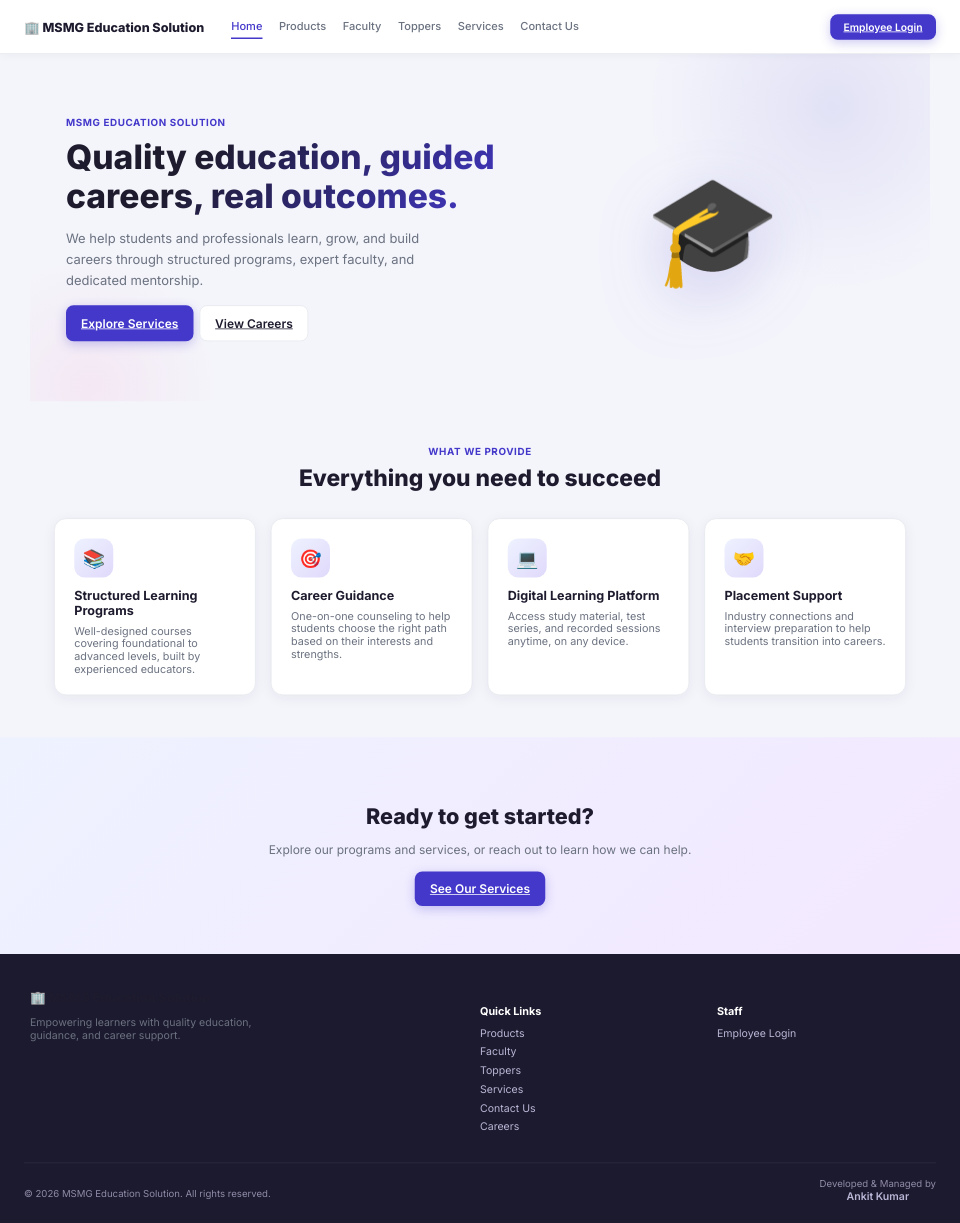
Repository: Kumarankit666/HRMS
Page: / (app in frontend/)
These files come from the project's save history. The page is drawn as it stood at one moment and after the next save; the edit follows.
The browser window is 1280 px wide. The pictures show the whole page, at 75% of full size.
The project was rebuilt for these pictures with package versions that can differ from the ones it lists, and the page was loaded fresh each time. Also part of the build but not shown: frontend/vite.config.js, frontend/src/components/ProtectedRoute.jsx, frontend/src/components/NotificationBell.jsx, frontend/src/components/AppLayout.jsx, frontend/src/pages/public/Products.jsx, frontend/src/pages/public/Faculty.jsx, frontend/src/pages/public/Services.jsx, frontend/src/pages/public/Careers.jsx and 24 more.

Above is the page before, as saved 2026-07-26 12:17:39.

After the next save:
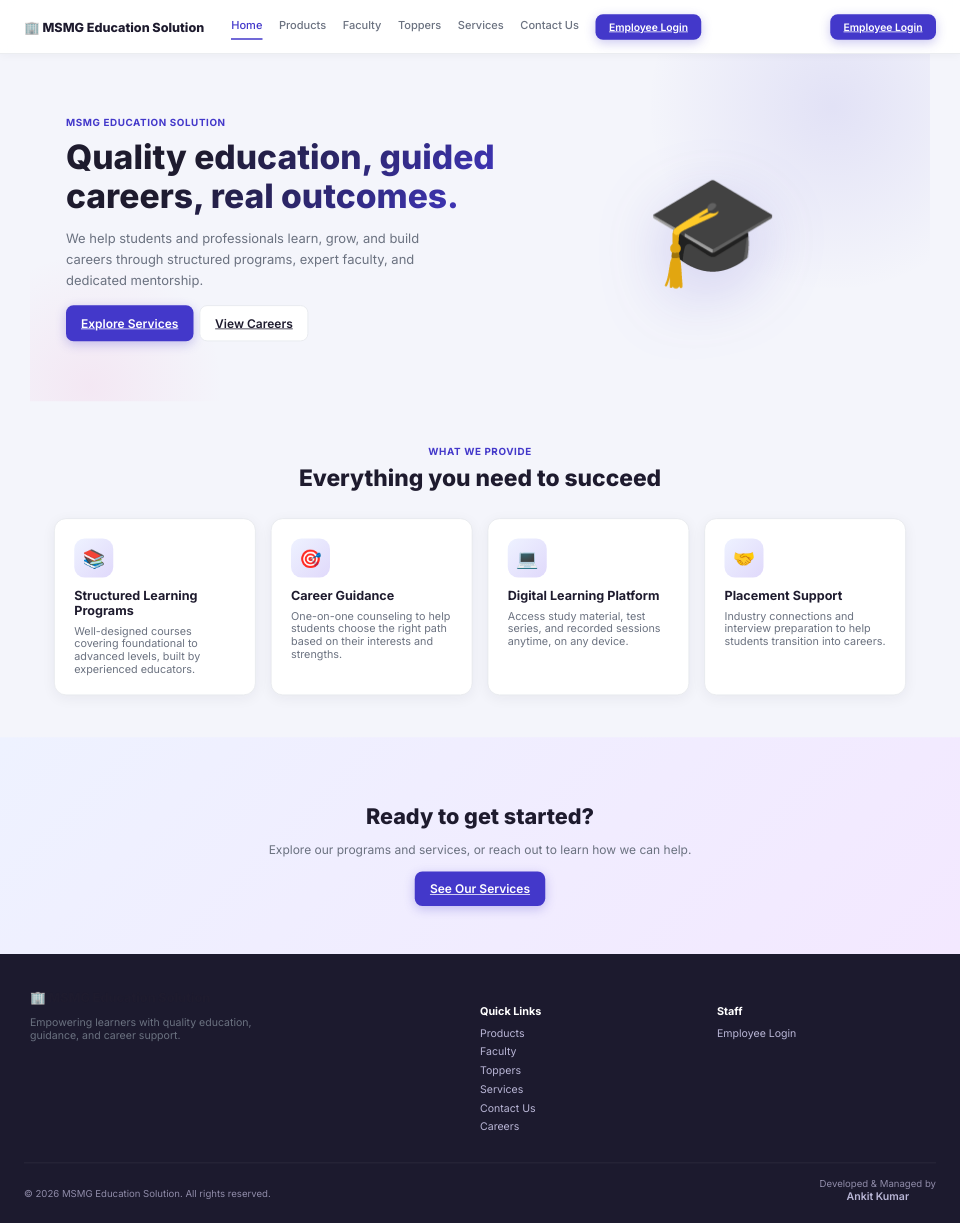
Saved 94 s later.
--- a/frontend/src/components/PublicLayout.jsx
+++ b/frontend/src/components/PublicLayout.jsx
@@ -1,28 +1,39 @@
-import { useState } from 'react';
-import { NavLink, Outlet, Link } from 'react-router-dom';
+import { useState, useEffect } from 'react';
+import { NavLink, Outlet, Link, useLocation } from 'react-router-dom';
 
 export default function PublicLayout() {
   const [open, setOpen] = useState(false);
+  const location = useLocation();
   const linkClass = ({ isActive }) => 'pub-link' + (isActive ? ' active' : '');
+
+  // Close the mobile menu automatically whenever the route changes.
+  useEffect(() => { setOpen(false); }, [location.pathname]);
+
+  function closeMenu() { setOpen(false); }
 
   return (
     <div className="pub-shell">
       <header className="pub-header">
-        <Link to="/" className="pub-brand">🏢 MSMG Education Solution</Link>
+        <Link to="/" className="pub-brand" onClick={closeMenu}>🏢 MSMG Education Solution</Link>
 
         <nav className={'pub-nav' + (open ? ' open' : '')}>
-          <NavLink to="/" end className={linkClass}>Home</NavLink>
-          <NavLink to="/products" className={linkClass}>Products</NavLink>
-          <NavLink to="/faculty" className={linkClass}>Faculty</NavLink>
-          <NavLink to="/toppers" className={linkClass}>Toppers</NavLink>
-          <NavLink to="/services" className={linkClass}>Services</NavLink>
-          <NavLink to="/contact" className={linkClass}>Contact Us</NavLink>
+          <NavLink to="/" end className={linkClass} onClick={closeMenu}>Home</NavLink>
+          <NavLink to="/products" className={linkClass} onClick={closeMenu}>Products</NavLink>
+          <NavLink to="/faculty" className={linkClass} onClick={closeMenu}>Faculty</NavLink>
+          <NavLink to="/toppers" className={linkClass} onClick={closeMenu}>Toppers</NavLink>
+          <NavLink to="/services" className={linkClass} onClick={closeMenu}>Services</NavLink>
+          <NavLink to="/contact" className={linkClass} onClick={closeMenu}>Contact Us</NavLink>
+          <Link to="/login" className="btn btn-primary pub-login-btn pub-login-btn-mobile" onClick={closeMenu}>Employee Login</Link>
         </nav>
 
         <div className="pub-header-right">
           <Link to="/login" className="btn btn-primary pub-login-btn">Employee Login</Link>
-          <button className="pub-hamburger" onClick={() => setOpen((v) => !v)}>☰</button>
+          <button className={'pub-hamburger' + (open ? ' open' : '')} onClick={() => setOpen((v) => !v)} aria-label="Menu">
+            <span></span><span></span><span></span>
+          </button>
         </div>
+
+        {open && <div className="pub-nav-backdrop" onClick={closeMenu} />}
       </header>
 
       <main className="pub-main">
